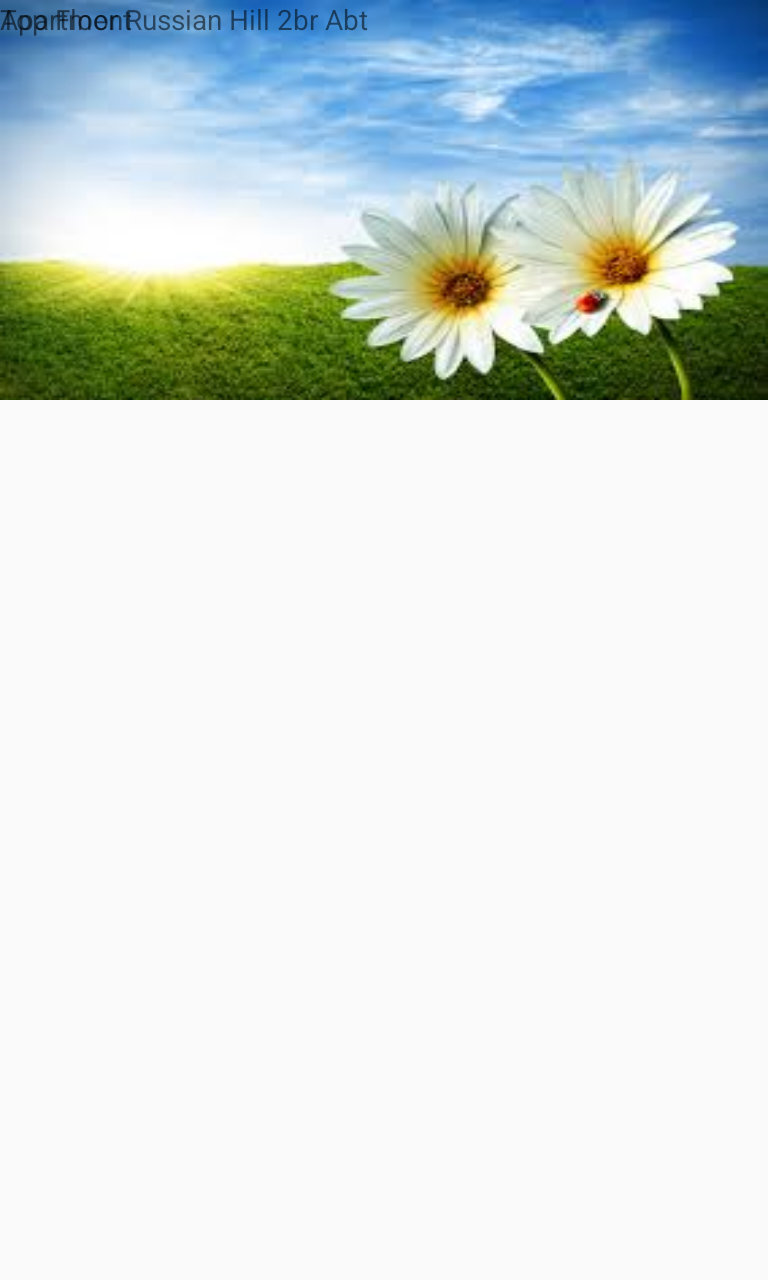
Repository: adarshnair13/my-project
Layout: example8/res/layout/activity_main.xml
These files come from the project's save history. The layout is drawn as it stood at one moment and after the next save; the edit follows.
It is drawn on a 768 x 1280 px phone screen (xhdpi) without system bars, with theme AppTheme; the app's code is not run.

Above is the layout before, as saved 2015-02-05 08:49:53.

After the next save:
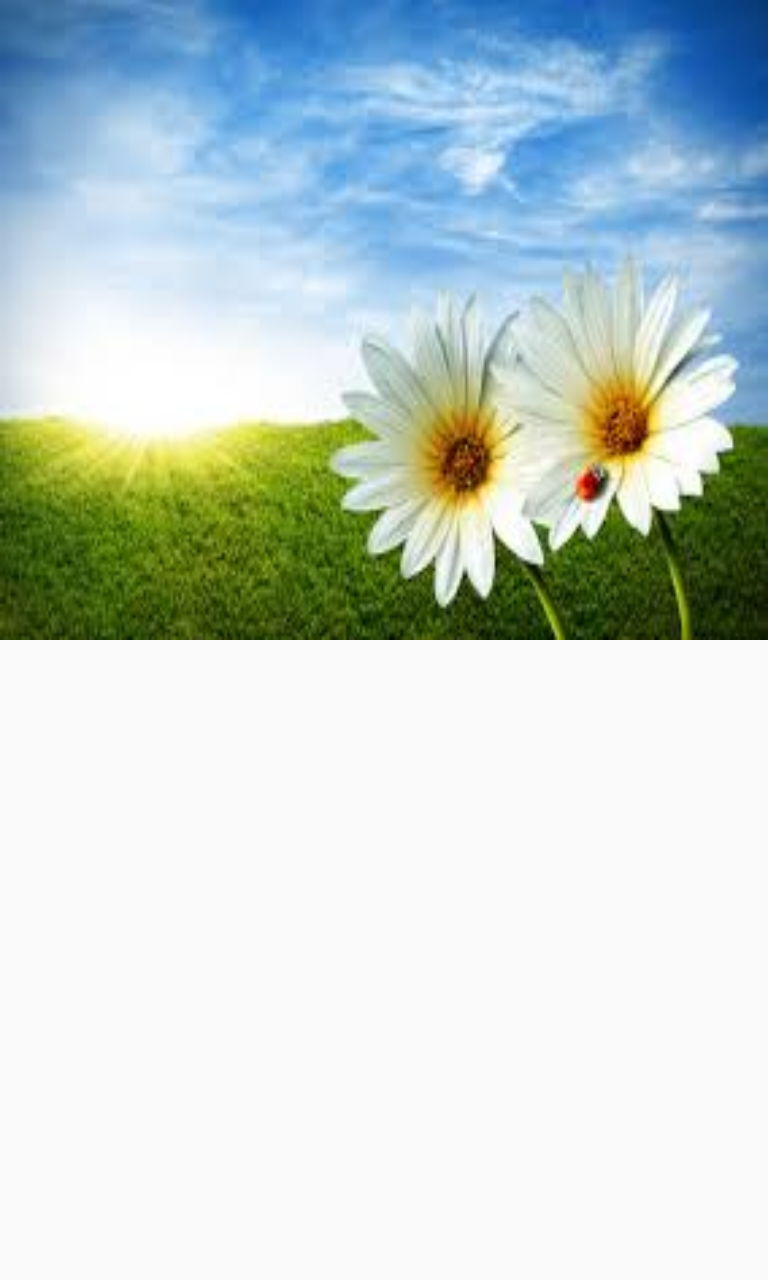
Saved 32 min 6 s later.
--- a/example8/res/layout/activity_main.xml
+++ b/example8/res/layout/activity_main.xml
@@ -1,26 +1,24 @@
-<RelativeLayout xmlns:android="http://schemas.android.com/apk/res/android"
+<LinearLayout xmlns:android="http://schemas.android.com/apk/res/android"
     xmlns:tools="http://schemas.android.com/tools"
+    android:id="@+id/LinearLayout1"
     android:layout_width="match_parent"
-    android:layout_height="wrap_content"
+    android:layout_height="match_parent"
+    android:weightSum="2.0"
+    android:orientation="vertical"
     tools:context="com.adarsh.example8.MainActivity" >
 
-    <ImageView
-        android:id="@+id/imageView1"
+    <RelativeLayout
         android:layout_width="match_parent"
-        android:layout_height="200dp"
-        android:scaleType="fitXY"
-        android:src="@drawable/imagesr" />
+        android:layout_height="0dp"
+        android:background="@drawable/imagesr"
+        android:layout_weight="1.0" >
+    </RelativeLayout>
 
-    <TextView
-        android:id="@+id/textView1"
-        android:layout_width="wrap_content"
-        android:layout_height="wrap_content"
-        android:text="Top Floor Russian Hill 2br Abt" />
+    <LinearLayout
+        android:layout_width="match_parent"
+        android:layout_height="0dp"
+        android:layout_weight="1.0"
+        android:orientation="vertical" >
+    </LinearLayout>
 
-    <TextView
-        android:id="@+id/textView2"
-        android:layout_width="wrap_content"
-        android:layout_height="wrap_content"
-        android:text="Apartment" />
-
-</RelativeLayout>
+</LinearLayout>
